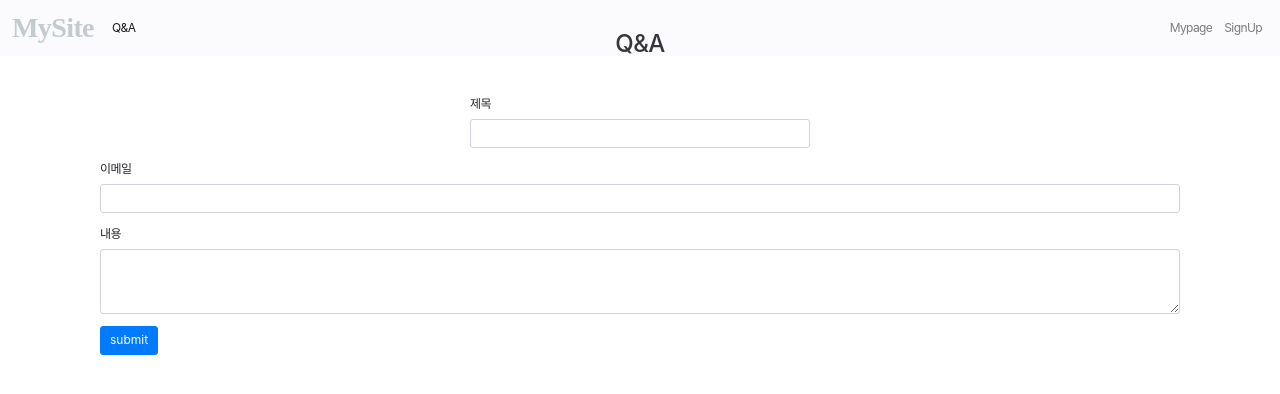
Repository: JungSWon/Project
Page: http://localhost/qna
The author's editor kept a record of every edit. The page is drawn from the files as they stood at one moment, then again after the next edit.
The browser window is 1280 px wide. The pictures show the whole page.
Some web fonts or font styles are not loaded; a fallback is used. The page is served by the project's application, run on Django 2.2 (pj05/manage.py).

Above is the page before.

After the next edit:
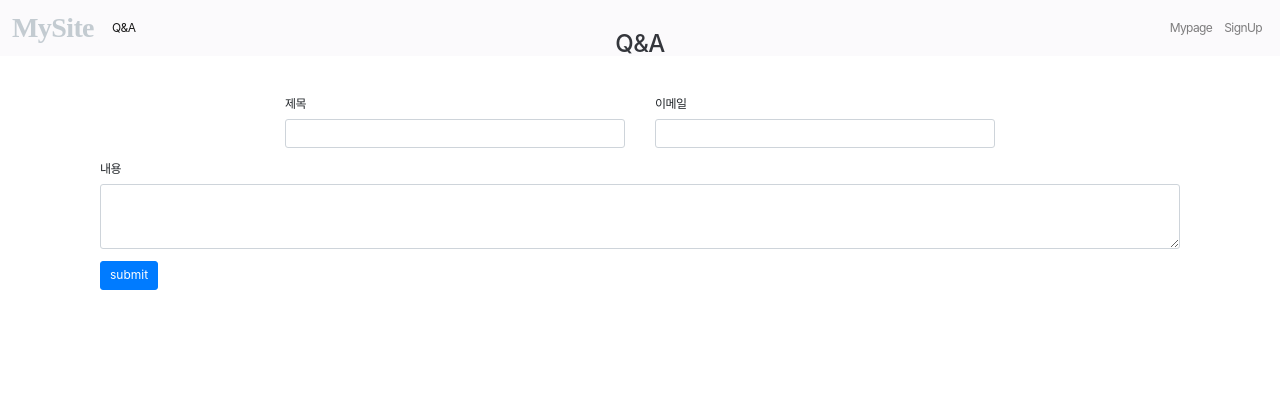
The edit:
--- a/05_detail/pj05/detail/templates/qna.html
+++ b/05_detail/pj05/detail/templates/qna.html
@@ -20,9 +20,9 @@
                     <input type="email" class="form-control" id="exampleFormControlInput1" >
                 </div>
 
-                <div class=".col-lg-4 col-md-12 form-group">
-                  <label for="exampleFormControlInput1">이메일</label>
-                  <input type="email" class="form-control" id="exampleFormControlInput1" >
+                <div class="col-lg-4 col-md-12 form-group">
+                    <label for="exampleFormControlInput1">이메일</label>
+                    <input type="email" class="form-control" id="exampleFormControlInput1" >
                 </div>
             </div>
         </div>
